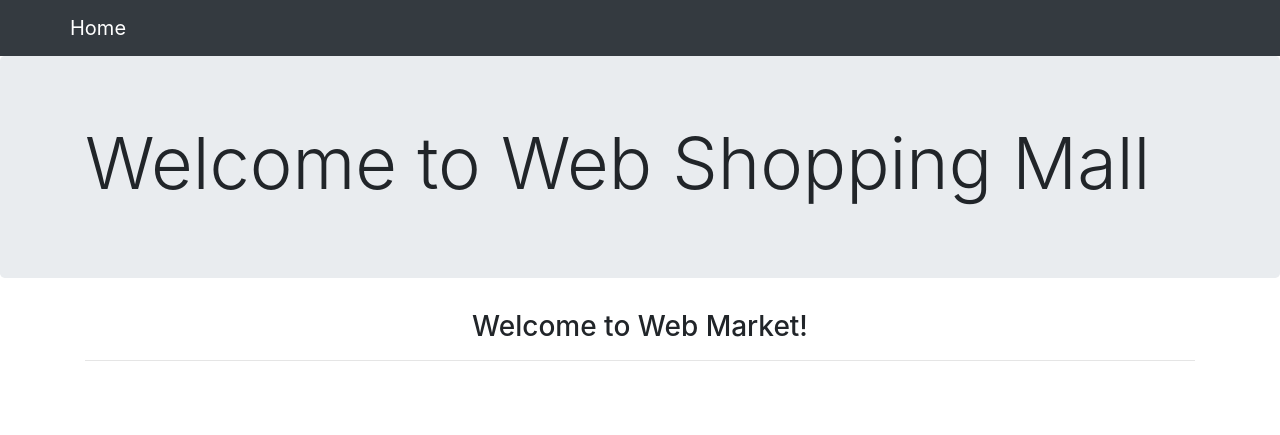
Repository: JeongYT/JSP
Page: http://localhost/Servers/welcome.jsp
These files come from the project's save history. The page is drawn as it stood at one moment and after the next save; the edit follows.
The browser window is 1280 px wide. The pictures show the whole page.
The page is served by Tomcat 9.

Above is the page before, as saved 2023-07-06 02:57:31.

After the next save:
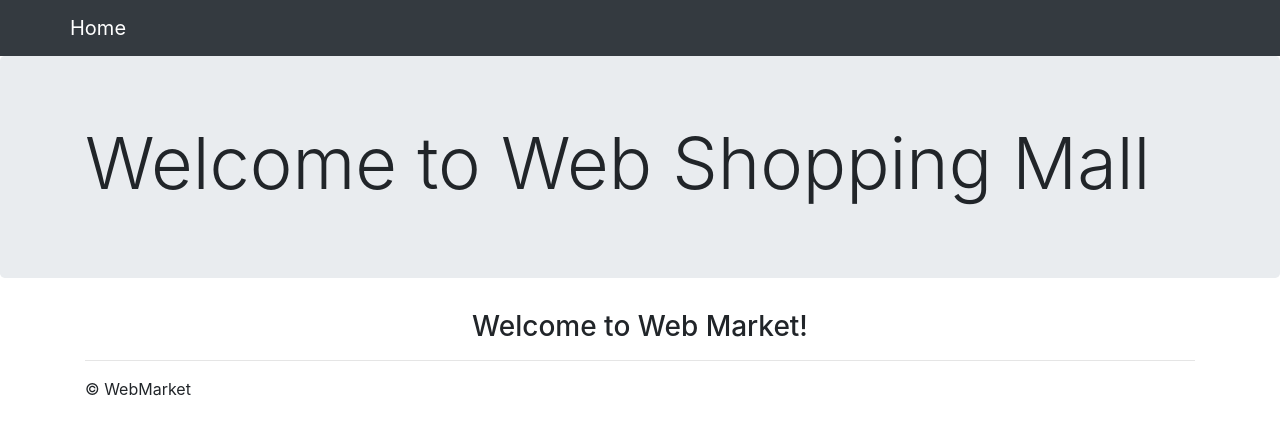
Saved 36 s later.
--- a/Servers/welcome.jsp
+++ b/Servers/welcome.jsp
@@ -44,6 +44,9 @@
 		<hr>
 	</div>
 	</main>
+	<footer class = "container">
+		<p>&copy; WebMarket</p>
+	</footer>
 
 </body>
 </html>
